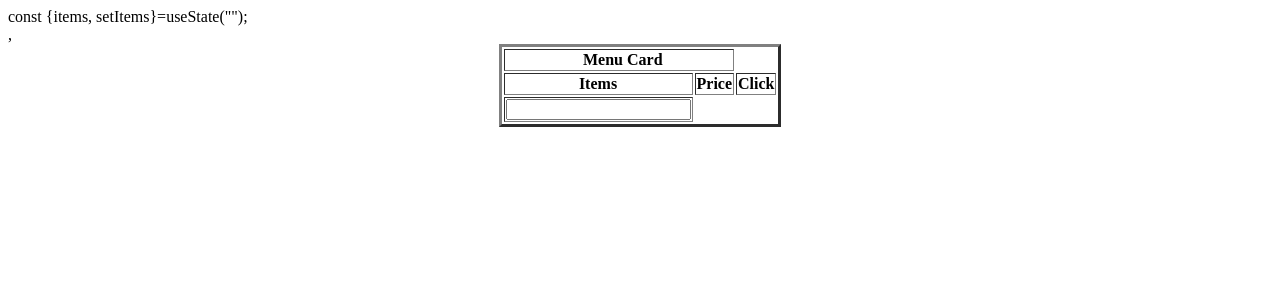
Repository: PersonalGithub26/Infinite-Training
Page: Day10/SwiggyProject/src/Swiggy.html
An editor plug-in stored every save of this project. The page is shown before and after the next save, followed by the edit.
The browser window is 1280 px wide. The pictures show the whole page.

Above is the page before, as saved 2022-12-29 15:48:28.
Console error: ReferenceError: items is not defined

### Day10/SwiggyProject/src/Swiggy.html
<!DOCTYPE html>
<html>
<head>
<script>
		function show()
		{
			var items = ["Idly", "Dosa", "wada", "Puri", "Chapathi", "Bonda"]
		}
	</script>
	const {items, setItems}=useState("");

<meta charset="ISO-8859-1">
<title>Insert title here</title>
</head>
<body>

	<form name="SwiggyForm">
		<table border="3" align="center">
			<tr>
				<th colspan="2" align="center">&nbsp;&nbsp;Menu Card</th>
			</tr>
			<tr>
				<th>Items</th>
				<th>Price</th>
				<th>Click</th>
			</tr>
			<tr value="items">,
				<td>
					<input type="text" onblur="show()">

						<script>
                            for (i = 0; i < items.length; i++) {
                                document.write( items[i]);
                            }
                        </script>
				</td>
			</tr>
		</table>

	</form>

</body>
</html>

After the next save:
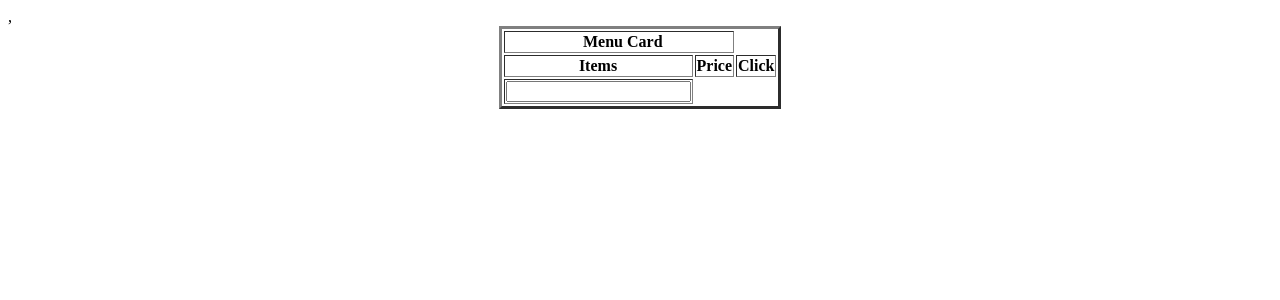
Saved 32 s later.
--- a/Day10/SwiggyProject/src/Swiggy.html
+++ b/Day10/SwiggyProject/src/Swiggy.html
@@ -7,8 +7,6 @@
 			var items = ["Idly", "Dosa", "wada", "Puri", "Chapathi", "Bonda"]
 		}
 	</script>
-	const {items, setItems}=useState("");
-
 <meta charset="ISO-8859-1">
 <title>Insert title here</title>
 </head>
